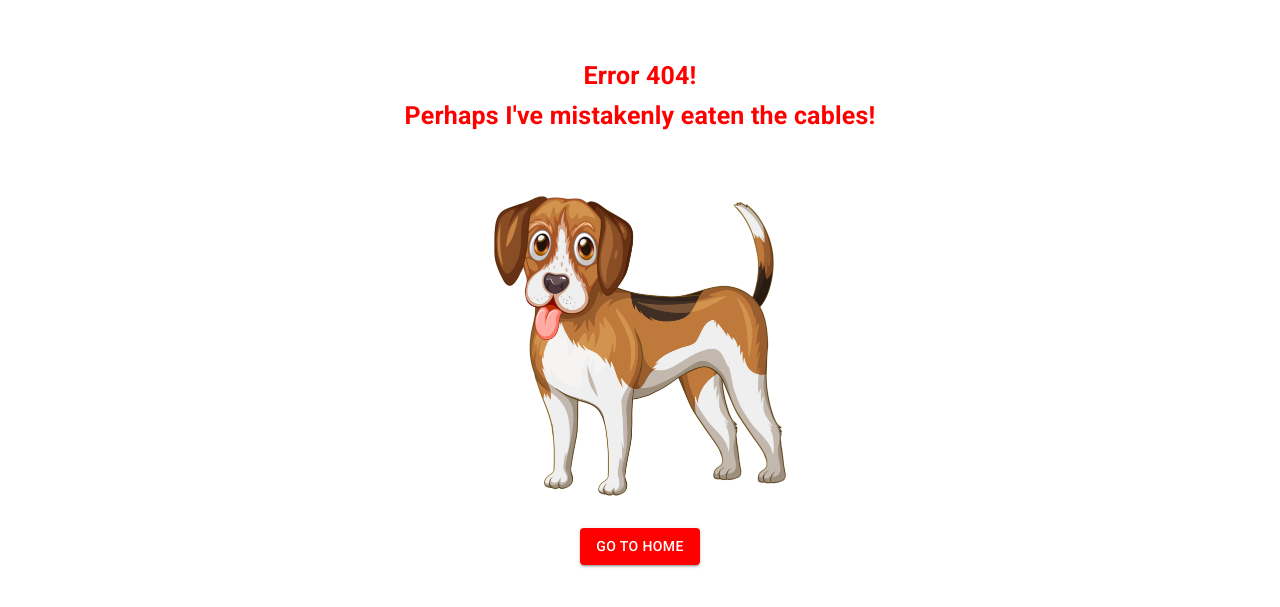
Repository: Sharif-00112/dogos-paradise-client
Page: /breeding
An editor plug-in stored every save of this project. The page is shown before and after the next save, followed by the edit.
The browser window is 1280 px wide. The pictures show the whole page.
The project was rebuilt for these pictures with package versions that can differ from the ones it lists, and the page was loaded fresh each time. Also part of the build but not shown: src/Pages/Shared/Footer/Footer.js, src/Pages/Home/About/About.js, src/Pages/Home/Banner/Banner.js, src/Pages/Home/Blogs/Blogs.js, src/Pages/Home/Contact/Contact.js, src/Pages/Home/CustomerReviews/CustomerReviews.js, src/Pages/Home/Dog/Dog.js, src/Pages/Home/Dogs/Dogs.js and 4 more.

Above is the page before, as saved 2022-12-05 23:21:03.

### public/index.html
<!DOCTYPE html>
<html lang="en">
  <head>
    <meta charset="utf-8" />
    <link rel="icon" href="%PUBLIC_URL%/favicon.ico" />
    <meta name="viewport" content="width=device-width, initial-scale=1" />
    <meta name="theme-color" content="#000000" />
    <meta
      name="description"
      content="Web site created using create-react-app"
    />
    <link
      rel="stylesheet" href="https://fonts.googleapis.com/css?family=Roboto:300,400,500,700&display=swap"
    />

    <link rel="apple-touch-icon" href="%PUBLIC_URL%/logo192.png" />
    <!--
      manifest.json provides metadata used when your web app is installed on a
      user's mobile device or desktop. See https://developers.google.com/web/fundamentals/web-app-manifest/
    -->
    <link rel="manifest" href="%PUBLIC_URL%/manifest.json" />
    <!--
      Notice the use of %PUBLIC_URL% in the tags above.
      It will be replaced with the URL of the `public` folder during the build.
      Only files inside the `public` folder can be referenced from the HTML.

      Unlike "/favicon.ico" or "favicon.ico", "%PUBLIC_URL%/favicon.ico" will
      work correctly both with client-side routing and a non-root public URL.
      Learn how to configure a non-root public URL by running `npm run build`.
    -->
    <title>React App</title>
  </head>
  <body>
    <noscript>You need to enable JavaScript to run this app.</noscript>
    <div id="root"></div>
    <!--
      This HTML file is a template.
      If you open it directly in the browser, you will see an empty page.

      You can add webfonts, meta tags, or analytics to this file.
      The build step will place the bundled scripts into the <body> tag.

      To begin the development, run `npm start` or `yarn start`.
      To create a production bundle, use `npm run build` or `yarn build`.
    -->
  </body>
</html>

### src/App.js
import React  from 'react';
import './App.css';
import { BrowserRouter as Router, Route, Routes} from 'react-router-dom';
import Home from './Pages/Home/Home/Home';
import Login from './Pages/Login/Login/Login';
import Register from './Pages/Login/Register/Register';
import AuthProvider from './contexts/AuthProvider/AuthProvider';
// import PrivateRoute from './Pages/Login/PrivateRoute/PrivateRoute';
import NotFound from './Pages/NotFound/NotFound';
import Contact from './Pages/Home/Contact/Contact';
import Story from './Pages/Home/Story/Story';
import CustomerReviews from './Pages/Home/CustomerReviews/CustomerReviews';
import Blogs from './Pages/Home/Blogs/Blogs';
import About from './Pages/Home/About/About';
import Dogs from './Pages/Home/Dogs/Dogs';
// import Footer from './Pages/Shared/Footer/Footer';
// import Dashboard from './Pages/Dashboard/Dashboard/Dashboard';

function App() {
  return (
    <div className="App">
      <AuthProvider>
        <Router>
          <Routes>
            <Route exact path = '/' element={<Home/>}/>
            <Route exact path = '/home' element={<Home/>}/>
            <Route exact path = '/login' element={<Login/>}/>
            <Route exact path = '/register' element={<Register/>}/>
            <Route exact path = '/contact' element={<Contact/>}/>
            <Route exact path = '/dogs' element={<Dogs/>}/>
            <Route exact path = '/story' element={<Story/>}/>
            <Route exact path = '/reviews' element={<CustomerReviews/>}/>
            <Route exact path = '/blogs' element={<Blogs/>}/>
            <Route exact path = '/about' element={<About/>}/>
            {/* <Route exact path = '/appointment' element = {
              <PrivateRoute>
                <Appointment></Appointment>
              </PrivateRoute>
            }> </Route> */}
            {/* <Route path = 'dashboard/*' element = {
              <PrivateRoute>
                <Dashboard></Dashboard>
              </PrivateRoute>
            }> </Route> */}
            <Route path = '*' element={<NotFound/>}/>
          </Routes>
          {/* <Footer></Footer> */}
        </Router>
      </AuthProvider>
    </div>
  );
}

export default App;

### src/contexts/AuthProvider/AuthProvider.js
import React from 'react';
import { createContext } from 'react';
import useFirebase from '../../hooks/useFirebase';

//step-1-context
export const AuthContext = createContext();

const AuthProvider = (props) => {
    //step-3-context
    const {children} = props;

    //step-5-context
    const allContexts = useFirebase();

    return (
        //step-2-context
        <AuthContext.Provider value={allContexts}>
            {children}
        </AuthContext.Provider>
    );
};

export default AuthProvider;

### src/Pages/NotFound/NotFound.js
import React from 'react';
import Typography from '@mui/material/Typography';
import { NavLink } from 'react-router-dom';
import { Button } from '@mui/material';
import errorIMG from '../../images/dog-404-error.jpg'


const NotFound = () => {
    return (
        <div>
            <Typography sx={{ my:7, fontSize: 25, fontWeight: 600 }} style={{color: 'red'}} variant="h6" component="div">
                Error 404!
                <br />
                Perhaps I've mistakenly eaten the cables!
            </Typography>
            <img
                style={{width: 300 }}
                src={errorIMG}
                alt="404 Page Not Found!"
            />
            <br />
            <NavLink
                style={{ textDecoration:'none' }}
                to='/'>
                <Button variant="contained" sx={{ m:3 }} style={{ backgroundColor: 'red' }}>Go to Home</Button>
            </NavLink>
        </div>
    );
};

export default NotFound;

### src/Pages/Shared/Navigation/Navigation.js
import React from 'react';
import AppBar from '@mui/material/AppBar';
import Box from '@mui/material/Box';
import Toolbar from '@mui/material/Toolbar';
import IconButton from '@mui/material/IconButton';
import Typography from '@mui/material/Typography';
import Menu from '@mui/material/Menu';
import MenuIcon from '@mui/icons-material/Menu';
import Container from '@mui/material/Container';
import Avatar from '@mui/material/Avatar';
import Button from '@mui/material/Button';
import Tooltip from '@mui/material/Tooltip';
import MenuItem from '@mui/material/MenuItem';
import { Link, NavLink } from 'react-router-dom';
import useAuth from '../../../hooks/useAuth';

const pages = [
    <Link
        style={{ textDecoration:'none', color:'white' }}
        to = '/home'>
        <Button sx={{mx:1}} color="inherit">Home</Button>
    </Link>,
    <Link
        style={{ textDecoration:'none', color:'white' }}
        to = '/dogs'>
        <Button sx={{mx:1}} color="inherit">Dogs</Button>
    </Link>,
    <Link
        style={{ textDecoration:'none', color:'white' }}
        to = '/blogs'>
        <Button sx={{mx:1}} color="inherit">Blogs</Button>
    </Link>,
    // <Link
    //     style={{ textDecoration:'none', color:'white' }}
    //     to = '/about'>
    //     <Button sx={{mx:1}} color="inherit">About</Button>
    // </Link>,
    // <Link
    //     style={{ textDecoration:'none', color:'white' }}
    //     to = '/contact'>
    //     <Button sx={{mx:1}} color="inherit">Contact</Button>
    // </Link>,
    <Link
        style={{ textDecoration:'none', color:'white' }}
        to = '/dashboard'>
        <Button sx={{mx:1}} color="inherit">Dashboard</Button>
    </Link>,
];
const settings = [
    <Link
        // style={{ textDecoration:'none', color:'white' }}
        style={{ textDecoration:'none' }}
        to = '/login'>
        {/* <Button color="inherit">Appointment</Button> */}
        Profile
    </Link>,
    <Link
        // style={{ textDecoration:'none', color:'white' }}
        style={{ textDecoration:'none' }}
        to = '/dashboard'>
        {/* <Button color="inherit">Appointment</Button> */}
        Dashboard
    </Link>
];

const Navigation = () => {
    const { user, logout } = useAuth();

    const [anchorElNav, setAnchorElNav] = React.useState(null);
    const [anchorElUser, setAnchorElUser] = React.useState(null);

    const handleOpenNavMenu = (event) => {
      setAnchorElNav(event.currentTarget);
    };
    const handleOpenUserMenu = (event) => {
      setAnchorElUser(event.currentTarget);
    };

    const handleCloseNavMenu = () => {
      setAnchorElNav(null);
    };

    const handleCloseUserMenu = () => {
      setAnchorElUser(null);
    };

    return (
        <div>
            <AppBar style={{backgroundColor: 'coral'}} position="static">
                <Container maxWidth="xl">
                    <Toolbar disableGutters>
                    {/* <AdbIcon sx={{ display: { xs: 'none', md: 'flex' }, mr: 1 }} /> */}
                    <Typography
                        variant="h4"
                        noWrap
                        component="a"
                        href="/"
                        sx={{
                        mr: 2,
                        display: { xs: 'none', md: 'flex' },
                        fontFamily: 'monospace',
                        fontWeight: 700,
                        letterSpacing: '.3rem',
                        color: 'inherit',
                        textDecoration: 'none',
                        }}
                    >
                        Dogos Paradise
                    </Typography>

                    <Box sx={{ flexGrow: 1, display: { xs: 'flex', md: 'none' } }}>
                        <IconButton
                        size="large"
                        aria-label="account of current user"
                        aria-controls="menu-appbar"
                        aria-haspopup="true"
                        onClick={handleOpenNavMenu}
                        color="inherit"
                        >
                        <MenuIcon />
                        </IconButton>
                        <Menu
                        id="menu-appbar"
                        anchorEl={anchorElNav}
                        anchorOrigin={{
                            vertical: 'bottom',
                            horizontal: 'left',
                        }}
                        keepMounted
                        transformOrigin={{
                            vertical: 'top',
                            horizontal: 'left',
                        }}
                        open={Boolean(anchorElNav)}
                        onClose={handleCloseNavMenu}
                        sx={{
                            display: { xs: 'block', md: 'none' }
                        }}
                        >
                        {pages.map((page) => (
                            <MenuItem style={{backgroundColor: 'gray'}} key={page} onClick={handleCloseNavMenu}>
                            <Typography textAlign="center">{page}</Typography>
                            </MenuItem>
                        ))}
                        </Menu>
                    </Box>
                    {/* <AdbIcon sx={{ display: { xs: 'flex', md: 'none' }, mr: 1 }} /> */}
                    <Typography
                        variant="h4"
                        noWrap
                        component="a"s
                        href="/"
                        sx={{
                        mr: 2,
                        display: { xs: 'flex', md: 'none' },
                        flexGrow: 1,
                        fontFamily: 'monospace',
                        fontWeight: 700,
                        letterSpacing: '.3rem',
                        color: 'inherit',
                        textDecoration: 'none',
                        }}
                    >
                        Dogos Paradise
                    </Typography>
                    <Box sx={{ flexGrow: 1, display: { xs: 'none', md: 'flex', color:'gray' } }}>
                        {pages.map((page) => (
                        <Button
                            key={page}
                            onClick={handleCloseNavMenu}
                            sx={{ my: 2, color: 'white', display: 'block' }}
                        >
                            {page}
                        </Button>
                        ))}
                    </Box>

                    {
                        user?.email ?
                        <NavLink
                            style={{ textDecoration:'none', color:'white' }}
                            to = '/login'>
                            <Button sx={{ mx:2 }} onClick={logout} color="inherit">Logout</Button>
                        </NavLink>
                        :
                        <NavLink
                            style={{ textDecoration:'none', color:'white' }}
                            to = '/login'>
                            <Button sx={{ mx:2 }} color="inherit">Login</Button>
                        </NavLink>
                    }

                    <Box sx={{ flexGrow: 0 }}>
                        <Tooltip title={user.email}>
                        <IconButton onClick={handleOpenUserMenu} sx={{ p: 0 }}>
                            <Avatar alt={user.email} src={user.photoURL} />
                        </IconButton>
                        </Tooltip>
                        <Menu
                        sx={{ mt: '45px' }}
                        id="menu-appbar"
                        anchorEl={anchorElUser}
                        anchorOrigin={{
                            vertical: 'top',
                            horizontal: 'right',
                        }}
                        keepMounted
                        transformOrigin={{
                            vertical: 'top',
                            horizontal: 'right',
                        }}
                        open={Boolean(anchorElUser)}
                        onClose={handleCloseUserMenu}
                        >
                        {settings.map((setting) => (
                            <MenuItem key={setting} onClick={handleCloseUserMenu}>
                            <Typography textAlign="center">{setting}</Typography>
                            </MenuItem>
                        ))}
                        </Menu>
                    </Box>
                    </Toolbar>
                </Container>
            </AppBar>
        </div>
    );
};

export default Navigation;

### src/hooks/useFirebase.js
import { useState } from "react";
import initializeAuthentication from "../Pages/Login/Firebase/firebase.initialize";
import { getAuth, signInWithPopup, GoogleAuthProvider, onAuthStateChanged, signOut, FacebookAuthProvider, createUserWithEmailAndPassword, signInWithEmailAndPassword, sendPasswordResetEmail, updatePassword, sendEmailVerification, updateProfile, getIdToken } from "firebase/auth";
import { useEffect } from "react";

initializeAuthentication();

const useFirebase = () =>{
    const [user, setUser] = useState({});
    const [error, setError] = useState('');
    const [name, setName] = useState('');
    const [email, setEmail] = useState('');
    const [password, setPassword] = useState('');
    const [isLoading, setIsLoading] = useState(true);
    const [admin, setAdmin] = useState(false);
    const [token, setToken] = useState('');

    const googleProvider = new GoogleAuthProvider();
    // const gitProvider = new GithubAuthProvider();
    const facebookProvider = new FacebookAuthProvider();
    const auth = getAuth();

    const signInUsingGoogle = () =>{
      setIsLoading(true);
      signInWithPopup(auth, googleProvider)
      .then((result) => {
          // This gives you a Google Access Token. You can use it to access the Google API.
          // const credential = GoogleAuthProvider.credentialFromResult(result);
          // const token = credential.accessToken;
          // The signed-in user info.
          setUser(result.user);
          // save user to the database
          saveUserToDB(result.user.email, result.user.displayName, 'PUT');
      }).catch((error) => {
          // Handle Errors here.
          setError(error.code);
          setError(error.message);
          // The email of the user's account used.
          setError(error.customData.email);
          // The AuthCredential type that was used.
          setError(GoogleAuthProvider.credentialFromError(error));
      }).finally(() =>{
        setIsLoading(false);
      });
    };

    const signInUsingFacebook = () =>{
      setIsLoading(true);
      signInWithPopup(auth, facebookProvider)
      .then((result) => {
        // The signed-in user info.
        setUser(result.user);
        // save user to the database
        saveUserToDB(result.user.email, result.user.displayName, 'PUT');

        // This gives you a Facebook Access Token. You can use it to access the Facebook API.
        // const credential = FacebookAuthProvider.credentialFromResult(result);
        // const accessToken = credential.accessToken;
      })
      .catch((error) => {
        // Handle Errors here.
        setError(error.code);
        setError(error.message);
        // The email of the user's account used.
        setError(error.customData.email);
        // The AuthCredential type that was used.
        setError(FacebookAuthProvider.credentialFromError(error));
      }).finally(() =>{
        setIsLoading(false);
      });
    };

    const customLogin = (email, password) =>{
      setIsLoading(true);
      signInWithEmailAndPassword(auth, email, password)
      .then((userCredential) => {
        // Signed in
        setUser(userCredential.user);
        setError('');
      })
      .catch((error) => {
        setError(error.code);
        setError(error.message);
      })
      .finally(() => setIsLoading(false));
    };

    const customRegister = (email, password) =>{
      setIsLoading(true);
      createUserWithEmailAndPassword(auth, email, password)
      .then((userCredential) => {
        // Signed in
        // const user = userCredential.user;
        // console.log(user);
        setUser(userCredential.user);
        // save user to the database
        saveUserToDB(userCredential.user.email, userCredential.user.displayName, 'POST')
        // clear error message
        setError('');
      })
      .catch((error) => {
        setError(error.code);
        setError(error.message);
      })
      .finally(() => setIsLoading(false));
    };

    const handleLoginSubmitBtn = e =>{
      e.preventDefault();
      // console.log(email, password);
      customLogin(email, password);
    }

    const handleRegisterSubmitBtn = e =>{
      e.preventDefault();
      // console.log(email, password);

      if(!/.{8,}/.test(password)){
        setError('Ensure password is of minimum length 8');
        return;
      }
      if(!/(?=.*[A-Z])/.test(password)){
        setError('Ensure password has minimum one uppercase letters');
        return;
      }
      if(!/(?=.*[!@#$%^&*()\-__+.])/.test(password)){
        setError('Ensure password has minimum one special case letter');
        return;
      }
      if(!/(?=.*[0-9])/.test(password)){
        setError('Ensure password has minimum one digits');
        return;
      }
      if(!/(?=.*[a-z])/.test(password)){
        setError('Ensure password has minimum one lowercase letters');
        return;
      }
      customRegister(email, password);
    }

    const handleNameChange = e =>{
      setName(e.target.value);
    }

    const handleEmailChange = e =>{
      setEmail(e.target.value);
    }

    const handlePasswordChange = e =>{
      setPassword(e.target.value);
    }

    const handleForgotPassword = () =>{
      sendPasswordResetEmail(auth, email)
      .then(() => {
        // Password reset email sent!
      })
      .catch((error) => {
        setError(error.code);
        setError(error.message);
      });
    }

    const handleChangePassword = () =>{
      const user = auth.currentUser;
      const newPassword = password;
      updatePassword(user, newPassword).then(() => {
        // Update successful.
      }).catch((error) => {
        setError(error.code);
        setError(error.message);
      });
    }

    const setUserName = () =>{
      updateProfile(auth.currentUser, {
        displayName: name
      }).then(() => {
        // Profile updated!
      }).catch((error) => {
        setError(error.code);
        setError(error.message);
      });
    }

    const verifyEmail = () =>{
      sendEmailVerification(auth.currentUser)
      .then(() => {
        // Email verification sent!
      }).catch((error) => {
        setError(error.code);
        setError(error.message);
      });
    }

    //observe user login change
    useEffect(()=>{
        const unsubscribe = onAuthStateChanged(auth, (user) => {
            if (user) {
              // User is signed in
              setUser(user);

              //JWT
              getIdToken(user)
              // .then(idToken => console.log(idToken))
              // .then(idToken => localStorage.setItem('idToken', idToken))
              .then(idToken => setToken(idToken))

            } else {
              // User is signed out
              setUser({});
            }
            setIsLoading(false);
          });
          return () => unsubscribe;
    },[auth]);

    // check Admin
    // useEffect( () =>{
    //   fetch(`http://localhost:3005/users/${user.email}`)
    //   .then(res => res.json())
    //   .then(data => setAdmin(data.admin))
    // } ,[user.email])

    const logout = () =>{
      setIsLoading(true);
      signOut(auth)
      .then(() => {
          // Sign-out successful.
          setUser({});
        }).catch((error) => {
          setError(error);
        }).finally(()=>{
          setIsLoading(false);
        });
    }

    const saveUserToDB = (email, displayName, method) =>{
      const user = {email, displayName};
      fetch('http://localhost:3005/users', {
          method: method,
          headers: {
              'content-type' : 'application/json'
          },
          body: JSON.stringify(user)
      })
      .then()
    }

    return {
      signInUsingGoogle,
      signInUsingFacebook,
      customLogin,
      customRegister,
      handleLoginSubmitBtn,
      handleRegisterSubmitBtn,
      handleNameChange,
      handleEmailChange,
      handlePasswordChange,
      handleForgotPassword,
      handleChangePassword,
      verifyEmail,
      setUserName,
      logout,
      user,
      admin,
      error,
      isLoading,
      token
    };
}

export default useFirebase;

### src/hooks/useAuth.js
//step-6-context

import { useContext } from "react"
import { AuthContext } from "../../src/contexts/AuthProvider/AuthProvider"

const useAuth = () =>{
    return useContext(AuthContext);
}

export default useAuth;

### src/Pages/Login/Firebase/firebase.initialize.js
import { initializeApp } from "firebase/app";
import firebaseConfig from "./firebase.config";

const initializeAuthentication = () =>{
    initializeApp(firebaseConfig);
}

export default initializeAuthentication;

### src/Pages/Login/Firebase/firebase.config.js
// console.log(process.env);

const firebaseConfig = {
  apiKey: process.env.REACT_APP_FIREBASE_API_KEY,
  authDomain: process.env.REACT_APP_FIREBASE_AUTH_DOMAIN,
  projectId: process.env.REACT_APP_FIREBASE_PROJECT_ID,
  storageBucket: process.env.REACT_APP_FIREBASE_STORAGE_BUCKET,
  messagingSenderId: process.env.REACT_APP_FIREBASE_MESSAGING_SENDER_ID,
  appId: process.env.REACT_APP_FIREBASE_APP_ID,
  measurementId: process.env.REACT_APP_FIREBASE_MEASUREMENT_ID
};

export default firebaseConfig;

// .env.local
// REACT_APP_FIREBASE_API_KEY=AIzaSyCGaQ8G2l5KeOKX4bAJ7MC19oWW_2vnTNQ
// REACT_APP_FIREBASE_AUTH_DOMAIN=dogos-paradise.firebaseapp.com
// REACT_APP_FIREBASE_PROJECT_ID=dogos-paradise
// REACT_APP_FIREBASE_STORAGE_BUCKET=dogos-paradise.appspot.com
// REACT_APP_FIREBASE_MESSAGING_SENDER_ID=824394057307
// REACT_APP_FIREBASE_APP_ID=1:824394057307:web:727ac0c86627b9544a617e
// REACT_APP_FIREBASE_MEASUREMENT_ID=G-DL8JJ6MYSD

// const firebaseConfig = {
  // apiKey: "AIzaSyCGaQ8G2l5KeOKX4bAJ7MC19oWW_2vnTNQ",
  // authDomain: "dogos-paradise.firebaseapp.com",
  // projectId: "dogos-paradise",
  // storageBucket: "dogos-paradise.appspot.com",
  // messagingSenderId: "824394057307",
  // appId: "1:824394057307:web:727ac0c86627b9544a617e",
  // measurementId: "G-DL8JJ6MYSD"
// };

Loaded but not shown: src/index.js (common file); src/index.css (common file); src/reportWebVitals.js (common file); src/App.css (common file)

After the next save:
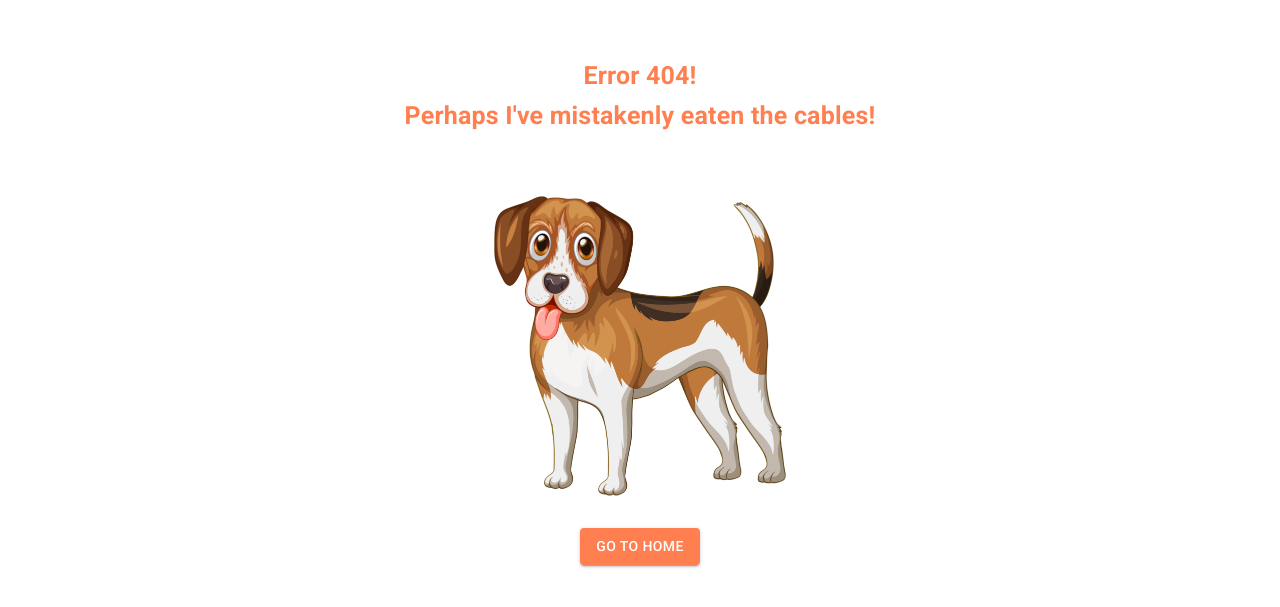
Saved 62 s later.
--- a/src/Pages/NotFound/NotFound.js
+++ b/src/Pages/NotFound/NotFound.js
@@ -8,7 +8,7 @@ import errorIMG from '../../images/dog-404-error.jpg'
 const NotFound = () => {
     return (
         <div>
-            <Typography sx={{ my:7, fontSize: 25, fontWeight: 600 }} style={{color: 'red'}} variant="h6" component="div">
+            <Typography sx={{ my:7, fontSize: 25, fontWeight: 600 }} style={{color: 'coral'}} variant="h6" component="div">
                 Error 404!
                 <br />
                 Perhaps I've mistakenly eaten the cables!
@@ -22,7 +22,7 @@ const NotFound = () => {
             <NavLink
                 style={{ textDecoration:'none' }}
                 to='/'>
-                <Button variant="contained" sx={{ m:3 }} style={{ backgroundColor: 'red' }}>Go to Home</Button>
+                <Button variant="contained" sx={{ m:3 }} style={{ backgroundColor: 'coral' }}>Go to Home</Button>
             </NavLink>
         </div>
     );
